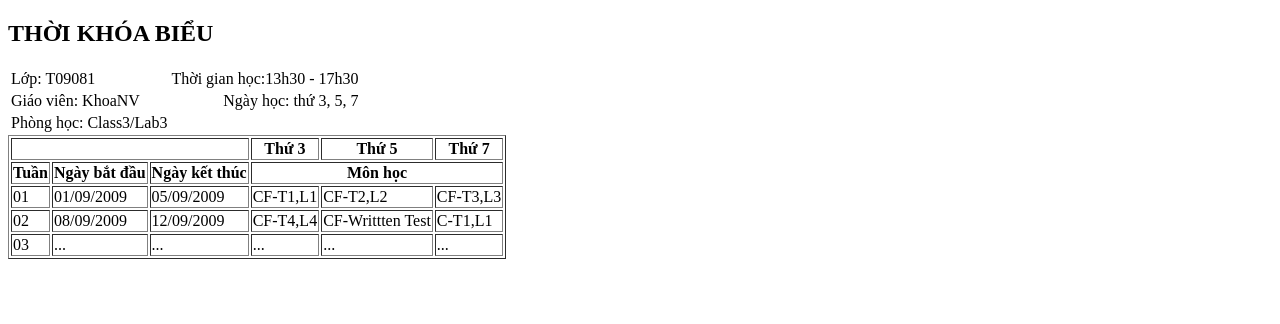
Repository: Lehuyhuynh/BT1-HTML
Page: index.html
An editor plug-in stored every save of this project. The page is shown before and after the next save, followed by the edit.
The browser window is 1280 px wide. The pictures show the whole page.

Above is the page before, as saved 2023-08-06 21:28:07.

After the next save:
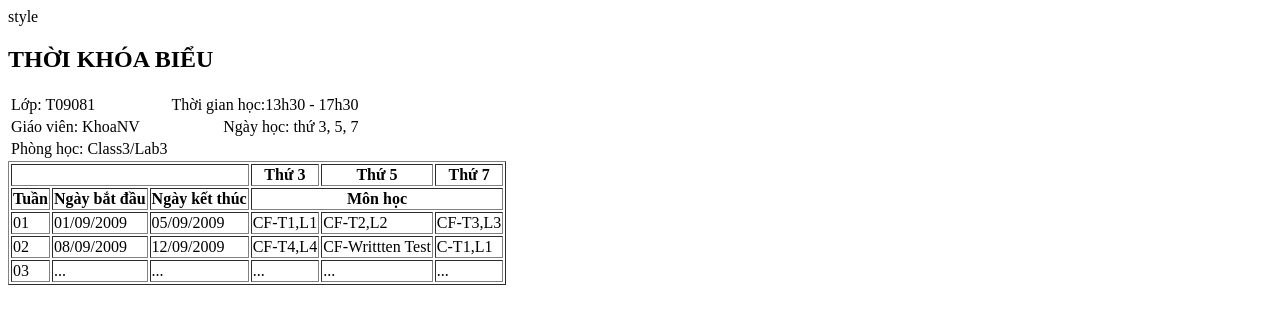
Saved 73 s later.
--- a/index.html
+++ b/index.html
@@ -4,6 +4,9 @@
   <meta charset="UTF-8">
   <meta name="viewport" content="width=device-width, initial-scale=1.0">
   <title>THỜI KHÓA BIỂU</title>
+
+  style
+
 </head>
 <body>
 

After the 2 saves that followed:
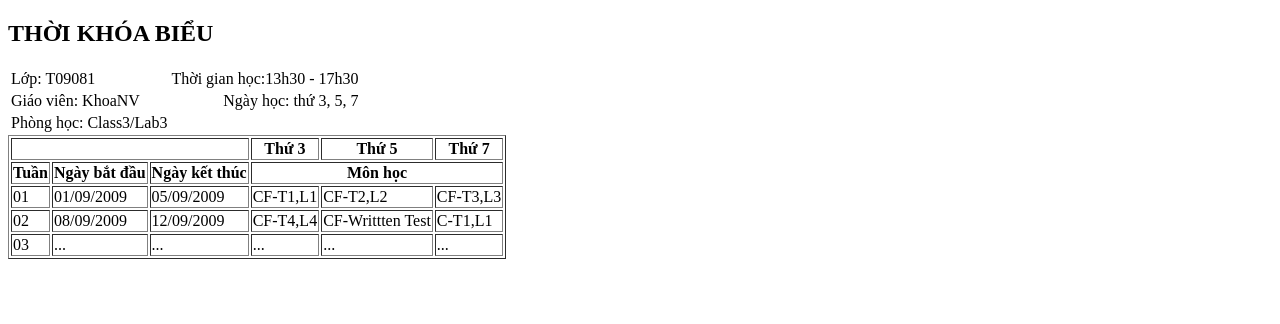
The 2 saves are shown as one change because they came seconds apart.
The last was saved 8 s later.
--- a/index.html
+++ b/index.html
@@ -5,7 +5,9 @@
   <meta name="viewport" content="width=device-width, initial-scale=1.0">
   <title>THỜI KHÓA BIỂU</title>
 
-  style
+  <style>
+
+  </style>
 
 </head>
 <body>
